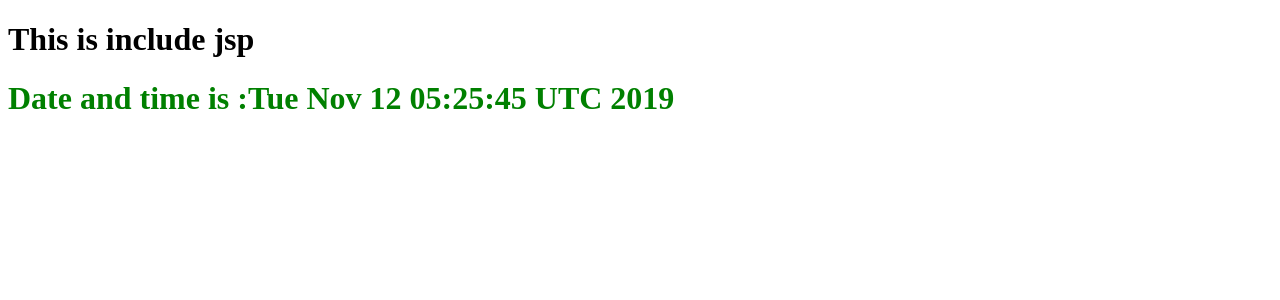
Repository: ashwinibd6697/ust-19sep-ashwinibd
Page: http://localhost/webapp/include.jsp
These files come from the project's save history. The page is drawn as it stood at one moment and after a run of saves; the edit follows.
The browser window is 1280 px wide. The pictures show the whole page.
The page is served by Tomcat 9.

Above is the page before, as saved 2019-11-18 10:07:06.

After the next 2 saves:
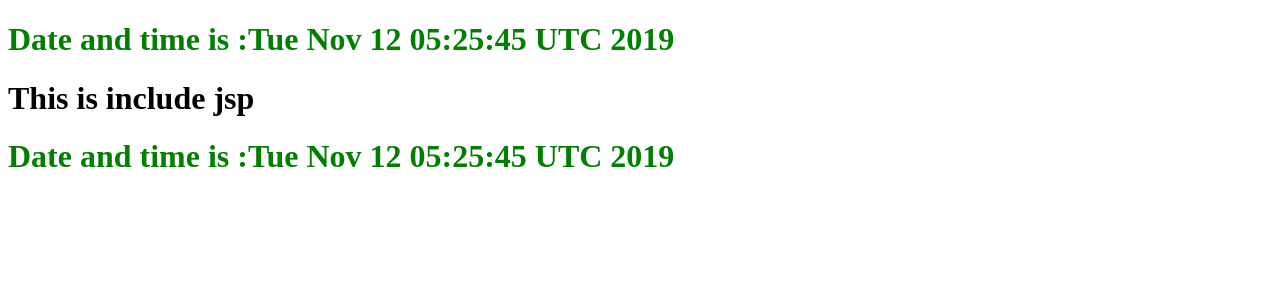
The 2 saves are shown as one change because 1 did not build or start.
The last was saved 2 min 30 s later.
--- a/ust-java/webapp/WebContent/include.jsp
+++ b/ust-java/webapp/WebContent/include.jsp
@@ -1,6 +1,8 @@
 <%@ page language="java" contentType="text/html; charset=ISO-8859-1"
     pageEncoding="ISO-8859-1"%>
 <!DOCTYPE html>
+
+<%@include file="/index.jsp" %>
 <html>
 <head>
 <meta charset="ISO-8859-1">
